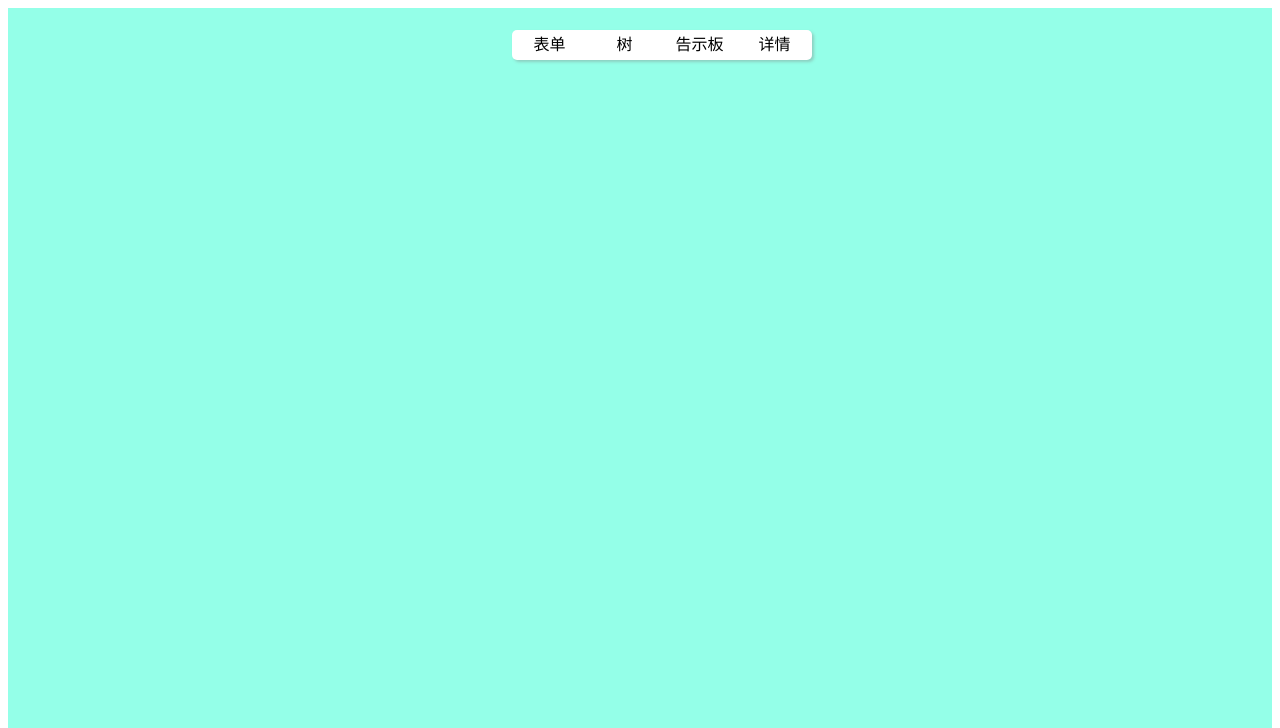
Repository: lxl0302/ClassBegin_-sound_code
Page: /#/
These files come from the project's save history. The page is drawn as it stood at one moment and after the next save; the edit follows.
The browser window is 1280 px wide. The pictures show the whole page.
The project was rebuilt for these pictures with package versions that can differ from the ones it lists, and the page was loaded fresh each time. Also part of the build but not shown: src/form/Form.vue, src/form/FromItem.vue, src/form/Input.vue, src/notice/KNotice.vue, src/form/index.vue, src/tree/Item1.vue, src/tree/index1.vue.

Above is the page before, as saved 2020-07-08 17:01:28.

### src/main.js
import Vue from 'vue'
import App from './App.vue'
import create from './utils/create'
import router from './router/index'

Vue.config.productionTip = false

Vue.prototype.$create =create

new Vue({
  router,
  render: h => h(App),
}).$mount('#app')

### src/App.vue
<template>
  <div id="app">
    <HelloWorld />
  </div>
</template>

<script>
import HelloWorld from './views/index'

export default {
  name: 'App',
  components: {
    HelloWorld
  }
}
</script>

<style>
  html,body{
    height: 100%;
  }
  #app {
    height: 100%;
  }
</style>

### src/utils/create.js
import Vue from 'vue';

export default function create(Component, props) {
  // 先创建实例
  const vm = new Vue({
    render(h) {
      // h就是createElement, 它返回VNode
      return h(Component, {props})
    }
  }).$mount();
  // 手动挂在dom 创建实例后 会有与实例对应的实体dom
  document.body.appendChild(vm.$el)
  // 销毁方法
  const comp = vm.$children[0];
  comp.remove = function() {
    document.body.removeChild(vm.$el); // 移除实体dom
    vm.$destroy() // 销毁实例
  }
  return comp
}

### src/router/index.js
import Vue from "vue";
import VueRouter from "vue-router";

// 1.安装插件
Vue.use(VueRouter);

// 2.创建vue-router实例
//   2.1 导入路由映射组件
import KFrom from "../form/index.vue";
import Tree from "../tree/index1.vue";
const router = new VueRouter({
  // 配置映射
  routes: [
    {
      path: '',
      redirect: ''
    },
    {
      path: "/kform", // 设置路由路径
      component: KFrom, // 路由路径对应组件
    },
    {
      path: "/tree",
      component: Tree,
    },
  ],
});

// 3.导出
export default router;

### src/views/index.vue
<template>
  <div class="zong">
    <div class="toolbar">
      <span @click="formClick">表单</span>
      <span @click="treeClick">树</span>
      <span>告示板</span>
      <span>详情</span>
    </div>
    <!-- 展示路由组件 -->
    <router-view></router-view>
  </div>
</template>

<script>
  export default {
    name: '',
    components: {},
    data() {
      return {}
    },
    computed: {},
    mounted() {},
    methods: {
      formClick() {
        this.$router.push('/kform')
      },
      treeClick() {
        this.$router.push('/tree')
      }
    }
  }
</script>
<style scoped>
  div {
    /*早期浏览器*/
    user-select: none;
  }

  .zong {
    width: 100%;
    height: 100%;
    background-color: rgba(0, 255, 200, 0.418);
  }

  .toolbar {
    position: absolute;
    top: 30px;
    left: 40%;
    width: 300px;
    height: 30px;
    border-radius: 5px;
    background-color: white;
    box-shadow: 2px 2px 3px rgba(128, 128, 128, 0.377);
    /* 设置元素两端对齐 */
    text-align: justify;
  }

  .toolbar::after {
    content: '';
    display: inline-block;
    overflow: hidden;
    width: 100%;
  }

  .toolbar span {
    width: 25%;
    /* 设置盒子为行内块 */
    display: inline-block;
    /* background-color: skyblue; */
    /* 设置盒子内元素水平居中 */
    text-align: center;
    /* 设置盒子内容垂直居中 */
    line-height: 30px;
  }

  .toolbar span:hover {
    font-size: 16px;
    color: rgb(47, 206, 255);
  }
</style>

### src/views/homepage.vue
<template>
  <div class>
    <br>
    <br>
    <br>
    <br>
    <br>
    <br>
    <br>
    <h1>李白焰Test</h1>
  </div>
</template>

<script>
export default {
  name: 'homepage',
  components: {},
  data() {
    return {}
  },
  computed: {},
  mounted() {},
  methods: {}
}
</script>
<style scoped>
</style>

Loaded but not shown: public/index.html (common file)

After the next save:
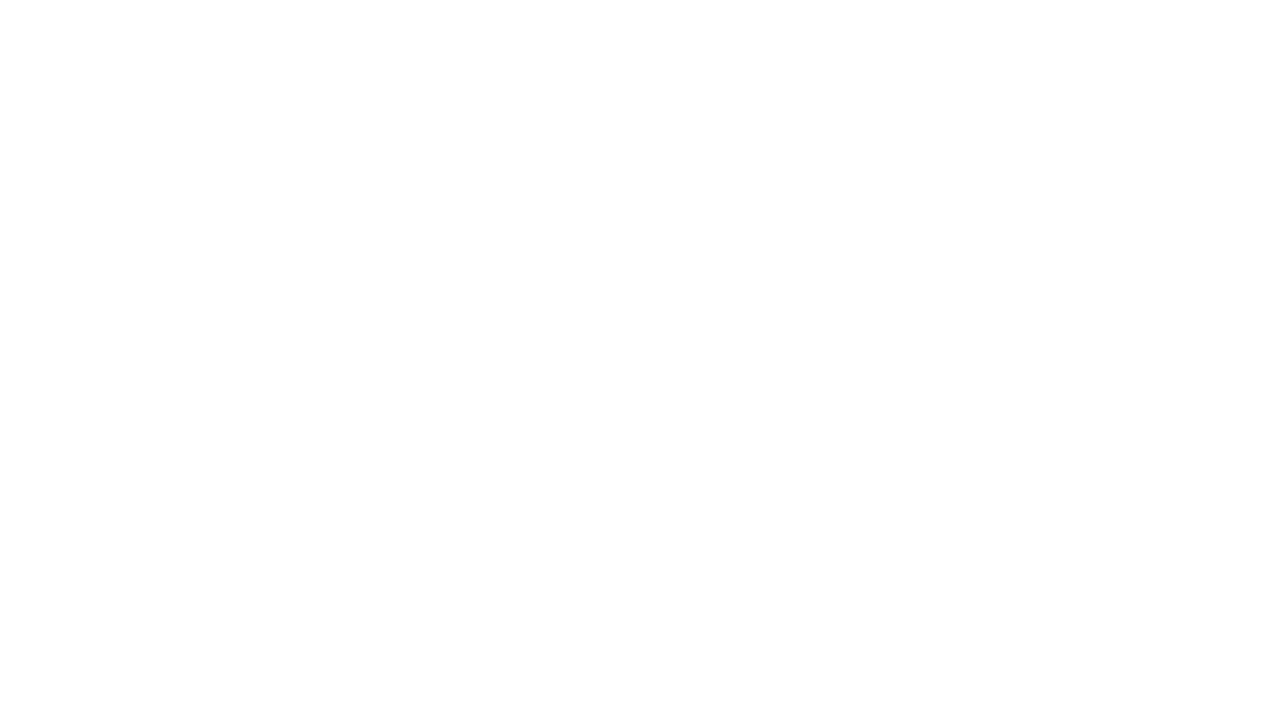
Saved 56 s later.
--- a/src/router/index.js
+++ b/src/router/index.js
@@ -8,12 +8,13 @@
 //   2.1 导入路由映射组件
 import KFrom from "../form/index.vue";
 import Tree from "../tree/index1.vue";
+import HomePage from '../views/homepage.vue'
 const router = new VueRouter({
   // 配置映射
   routes: [
     {
       path: '',
-      redirect: ''
+      redirect: HomePage
     },
     {
       path: "/kform", // 设置路由路径

After the 2 saves that followed:
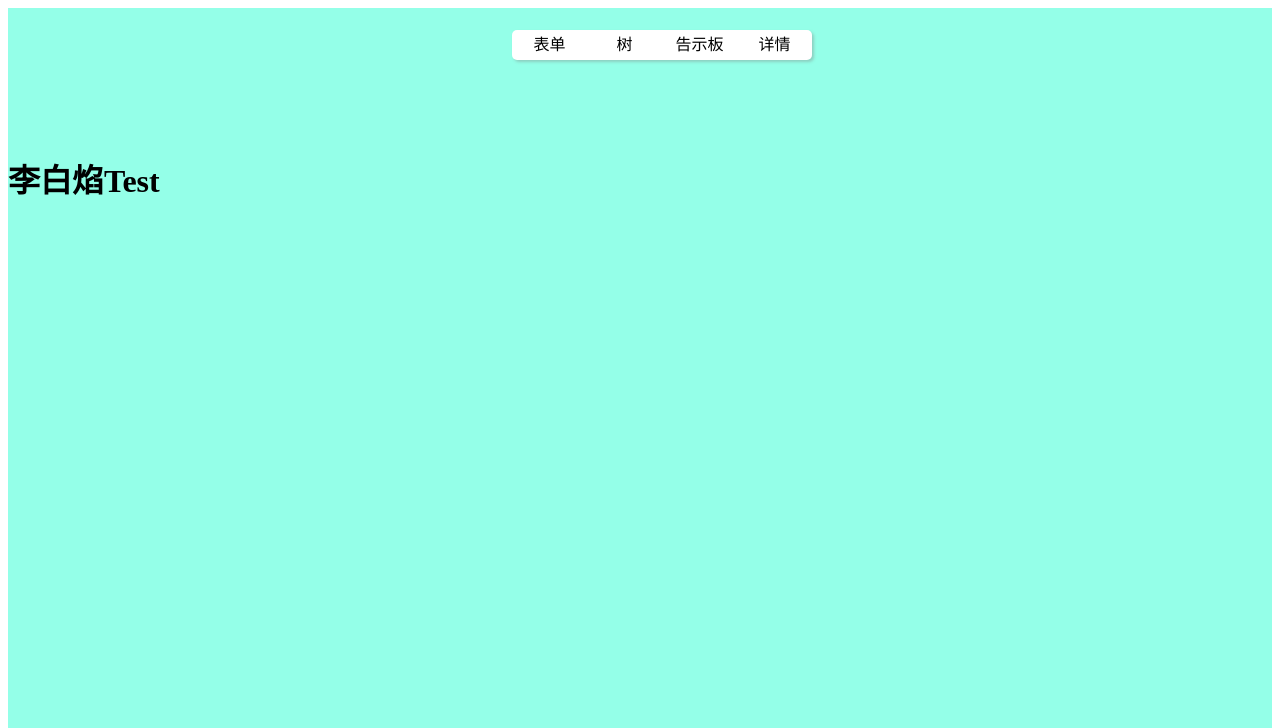
The 2 saves are shown as one change because 1 left the picture as it was.
The last was saved 2 min 1 s later.
--- a/src/router/index.js
+++ b/src/router/index.js
@@ -14,7 +14,11 @@
   routes: [
     {
       path: '',
-      redirect: HomePage
+      redirect: '/pagehome'
+    },
+    {
+      path: '/pagehome',
+      component: HomePage
     },
     {
       path: "/kform", // 设置路由路径
